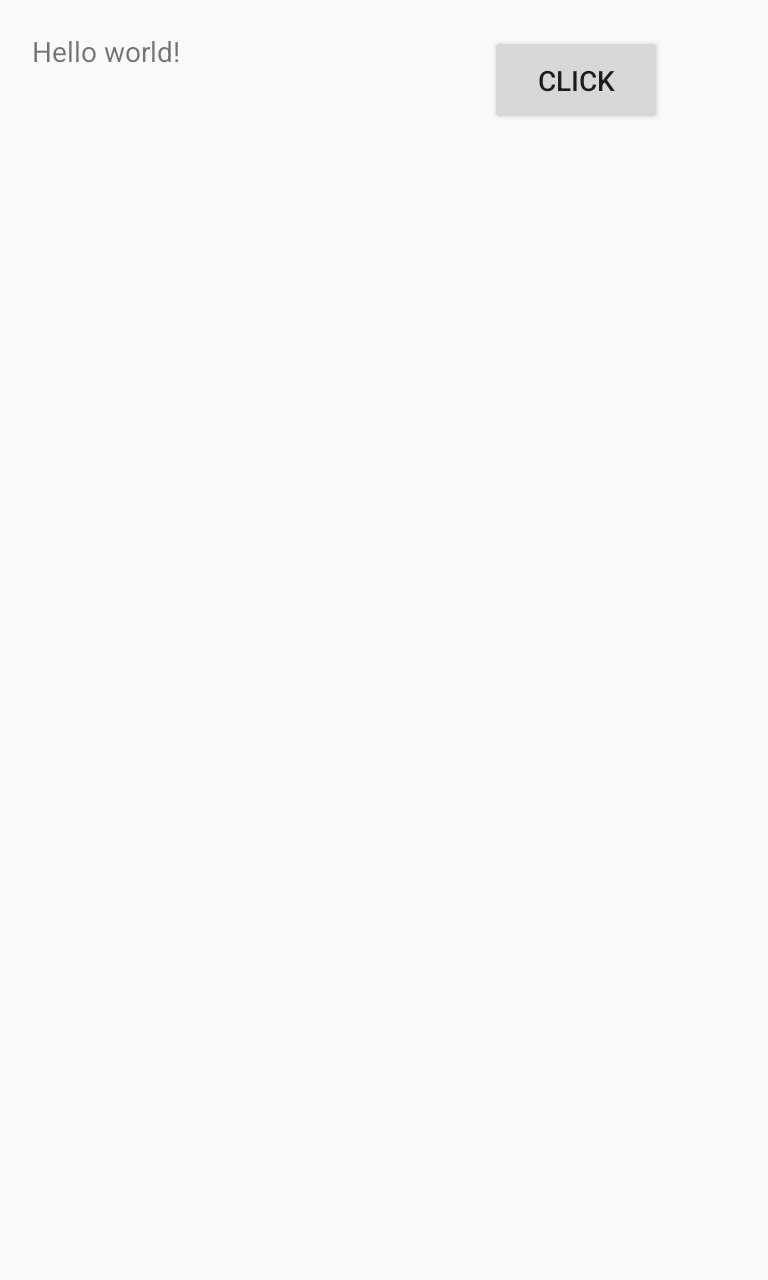
Repository: androidPermissionsApp/App
Layout: PermissionApp/res/layout/fragment_main.xml
An editor plug-in stored every save of this project. The layout is shown before and after the next save, followed by the edit.
It is drawn on a 768 x 1280 px phone screen (xhdpi) without system bars, with theme AppTheme; the app's code is not run.

Above is the layout before, as saved 2014-05-07 18:25:24.

### PermissionApp/res/layout/fragment_main.xml
<RelativeLayout xmlns:android="http://schemas.android.com/apk/res/android"
    xmlns:tools="http://schemas.android.com/tools"
    android:layout_width="match_parent"
    android:layout_height="match_parent"
    android:paddingBottom="@dimen/activity_vertical_margin"
    android:paddingLeft="@dimen/activity_horizontal_margin"
    android:paddingRight="@dimen/activity_horizontal_margin"
    android:paddingTop="@dimen/activity_vertical_margin"
    tools:context="com.example.permissionapp.MainActivity$PlaceholderFragment" >

    <TextView
        android:id="@+id/textView1"
        android:layout_width="wrap_content"
        android:layout_height="wrap_content"
        android:text="@string/hello_world" />

    <Button
        android:id="@+id/button1"
        android:layout_width="wrap_content"
        android:layout_height="wrap_content"
        android:layout_alignParentRight="true"
        android:layout_alignTop="@+id/textView1"
        android:layout_marginRight="36dp"
        android:text="Click" />

</RelativeLayout>

### PermissionApp/res/values/strings.xml
<?xml version="1.0" encoding="utf-8"?>
<resources>

    <string name="app_name">PermissionApp</string>
    <string name="hello_world">Hello world!</string>
    <string name="action_settings">Settings</string>
    <string name="show_permissions">Show Permissions</string>

</resources>

Loaded but not shown: PermissionApp/res/values/styles.xml (common file); PermissionApp/res/values-v11/styles.xml (common file); PermissionApp/res/values-v14/styles.xml (common file); PermissionApp/res/values/dimens.xml (common file); PermissionApp/res/values-w820dp/dimens.xml (common file)

After the next save:
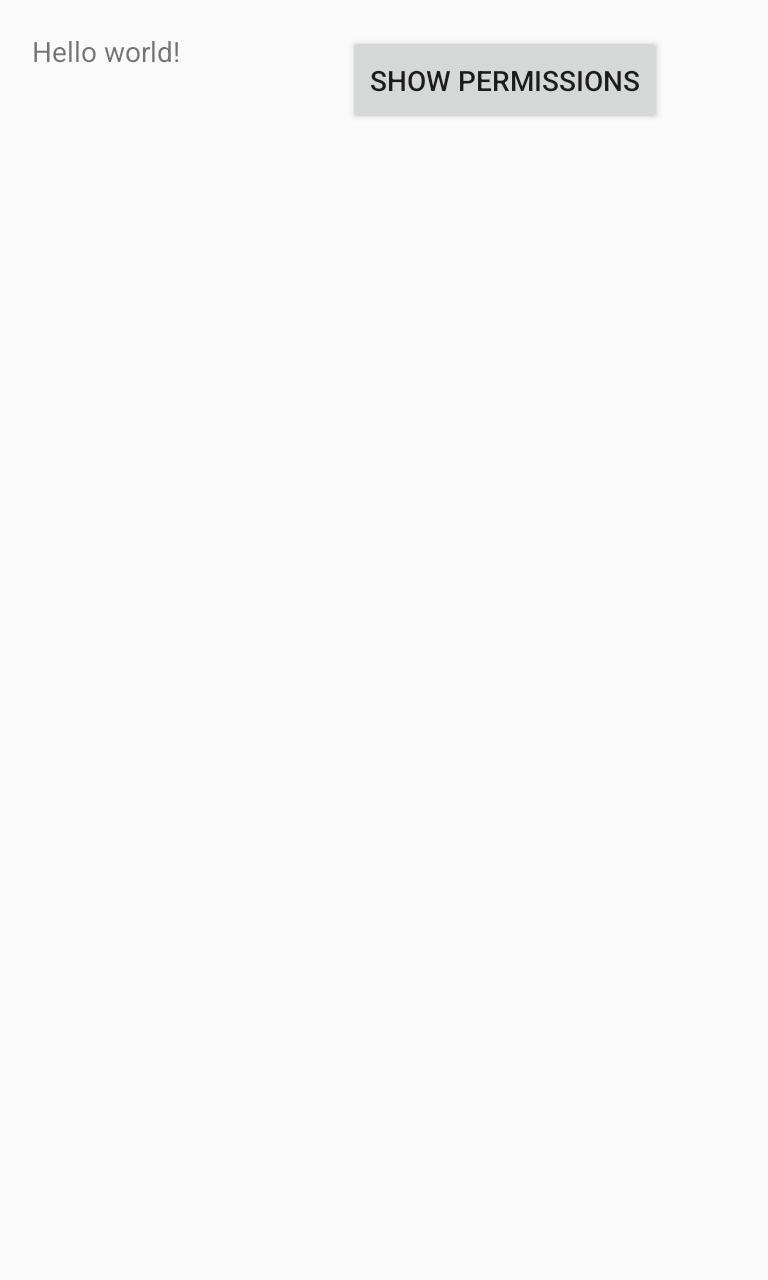
Saved 28 s later.
--- a/PermissionApp/res/layout/fragment_main.xml
+++ b/PermissionApp/res/layout/fragment_main.xml
@@ -21,6 +21,6 @@
         android:layout_alignParentRight="true"
         android:layout_alignTop="@+id/textView1"
         android:layout_marginRight="36dp"
-        android:text="Click" />
+        android:text="@string/show_permissions" />
 
 </RelativeLayout>
